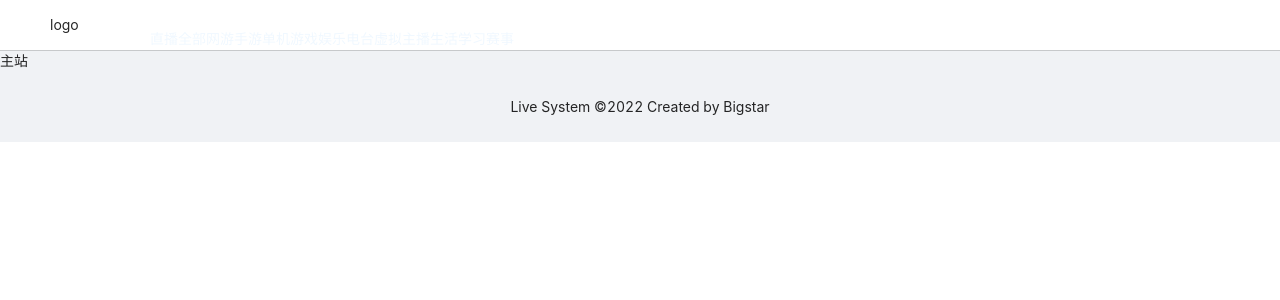
Repository: Bigstar-hyx/webrtc-react
Page: /
The author's editor kept a copy of each file at every save. The page is drawn from the files as they stood at one save, then again after the next save.
The browser window is 1280 px wide. The pictures show the whole page.
The project was rebuilt for these pictures with package versions that can differ from the ones it lists, and the page was loaded fresh each time. Also part of the build but not shown: craco.config.js, webpack.config.js, src/pages/live/Index.css, src/pages/live/component/Content/Video/video.css, src/pages/live/component/Content/Video/Video.js, src/pages/live/component/Content/Comments/comments.css, src/pages/live/component/Content/Comments/TalkSend.js, src/pages/live/component/Content/Comments/Talk.js and 5 more.

Above is the page before, as saved 2022-01-30 15:45:48.

### src/index.js
import * as React from 'react'
import * as ReactDOM from 'react-dom'
import { BrowserRouter } from 'react-router-dom'
import App from './App.js'

ReactDOM.render(
  <BrowserRouter>
    <App />
  </BrowserRouter>,
  document.getElementById('root')
)

### src/App.js
import * as React from 'react'
import { Routes, Route } from 'react-router-dom'

import LiveIndex from './pages/live/Index'
import HomeIndex from './pages/home/Index'
import ViewerIndex from './pages/viewer/Index'
import TopIndex from './top/Index'

import { Layout } from 'antd'

const { Header, Footer, Content } = Layout

function App() {
  return (
    <>
      <Layout>
        <Header>
          <TopIndex />
        </Header>
        <Content>
          <Routes>
            <Route path="/" element={<HomeIndex />} />
            <Route path="live" element={<LiveIndex />} />
            <Route path="viewer" element={<ViewerIndex />} />
          </Routes>
        </Content>
        <Footer style={{ textAlign: 'center' }}>Live System ©2022 Created by Bigstar</Footer>
      </Layout>
    </>
  )
}

export default App

### src/pages/home/Index.js
import React, { Component } from 'react'

export class HomeIndex extends Component {
  render() {
    return <div>主站</div>
  }
}

export default HomeIndex

### src/top/Index.js
import { Menu } from 'antd'

import TopMenu from './component/TopMenu'

import './index.css'

function TopIndex() {
  return (
    <>
      <div className="logo">logo</div>
      <TopMenu />
    </>
  )
}

export default TopIndex

### src/top/component/TopMenu.js
import './top-menu.css'

function TopMenu() {
  return (
    <div>
      <ul>
        <li>
          <a href="">直播</a>
        </li>
        <li>
          <a href="">全部</a>
        </li>
        <li>
          <a href="">网游</a>
        </li>
        <li>
          <a href="">手游</a>
        </li>
        <li>
          <a href="">单机游戏</a>
        </li>
        <li>
          <a href="">娱乐</a>
        </li>
        <li>
          <a href="">电台</a>
        </li>
        <li>
          <a href="">虚拟主播</a>
        </li>
        <li>
          <a href="">生活</a>
        </li>
        <li>
          <a href="">学习</a>
        </li>
        <li>
          <a href="">赛事</a>
        </li>
      </ul>
    </div>
  )
}

export default TopMenu

### src/top/index.css
.ant-layout-header {
  height: 50px;
  padding: 0 50px;
  box-shadow: 0px 0px 1px #000;
  color: rgba(0, 0, 0, 0.85);
  line-height: 50px;
  background: #fff;
}
.logo {
  float: left;
  width: 100px;
}

### src/pages/live/component/Content/Comments/Comments.js
import React, { useState } from 'react'
import { Card } from 'antd'
import './comments.css'
import Talk from './Talk'
import SList from './SList'

const tabListNoTitle = [
  {
    key: 'talk',
    tab: '讨论区'
  },
  {
    key: 'slist',
    tab: '学员列表'
  }
]

const contentListNoTitle = {
  talk: <Talk />,
  slist: <SList />
}

function Comments() {
  const [activeTabKey2, setActiveTabKey2] = useState('talk')

  const onTab2Change = key => {
    setActiveTabKey2(key)
  }
  return (
    <div className="comments-box">
      <Card
        className="card"
        tabList={tabListNoTitle}
        activeTabKey={activeTabKey2}
        onTabChange={key => {
          onTab2Change(key)
        }}
      >
        {contentListNoTitle[activeTabKey2]}
      </Card>
    </div>
  )
}

export default Comments

### src/top/component/top-menu.css
ul li a {
  float: left;
  color: aliceblue;
}

li {
  list-style: none;
}

a {
  /* text-decoration: none; */
}

### src/pages/live/component/Content/Comments/TalkList.js
import React from 'react'
import { Comment, Tooltip, List } from 'antd'
import moment from 'moment'

const data = [
  {
    author: '学员1',
    avatar: 'https://joeschmoe.io/api/v1/random',
    content: <p>老师真好看</p>
  },
  {
    author: '学员2',
    avatar: 'https://joeschmoe.io/api/v1/random',
    content: <p>讲得真好！</p>
  }
]

function TalkList() {
  return (
    <div>
      <List
        className="comment-list"
        itemLayout="horizontal"
        dataSource={data}
        renderItem={item => (
          <li>
            <Comment actions={item.actions} author={item.author} avatar={item.avatar} content={item.content} datetime={item.datetime} />
          </li>
        )}
      />
    </div>
  )
}

export default TalkList

### src/pages/live/component/Content/Comments/talk.css
* {
  margin: 0;
  padding: 0;
}
.talk-list {
  width: 100%;
  height: 480px;
}
.talk-send {
  width: 100%;
  height: 40px;
}

Loaded but not shown: public/index.html (common file)

After the next save:
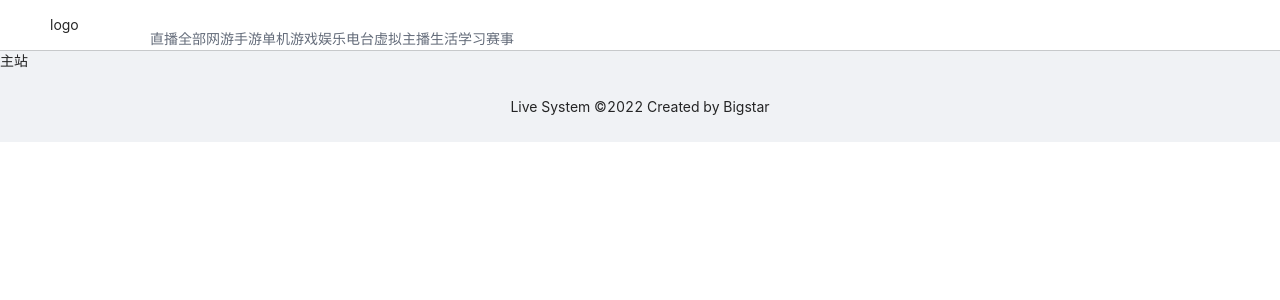
Saved 89 s later.
--- a/src/top/component/top-menu.css
+++ b/src/top/component/top-menu.css
@@ -1,6 +1,6 @@
 ul li a {
   float: left;
-  color: aliceblue;
+  color: #646c7a;
 }
 
 li {
